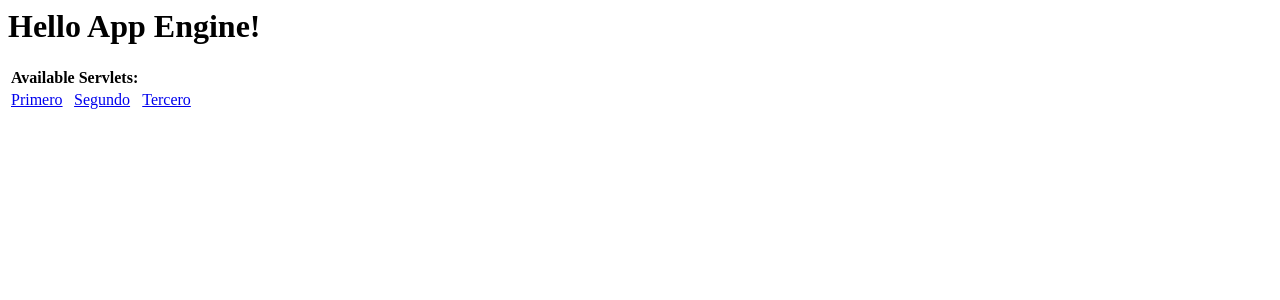
Repository: quino22/ulasalle
Page: lab02-70391273/war/index.html
An editor plug-in stored every save of this project. The page is shown before and after the next save, followed by the edit.
The browser window is 1280 px wide. The pictures show the whole page.

Above is the page before, as saved 2016-10-31 21:37:23.

After the next save:
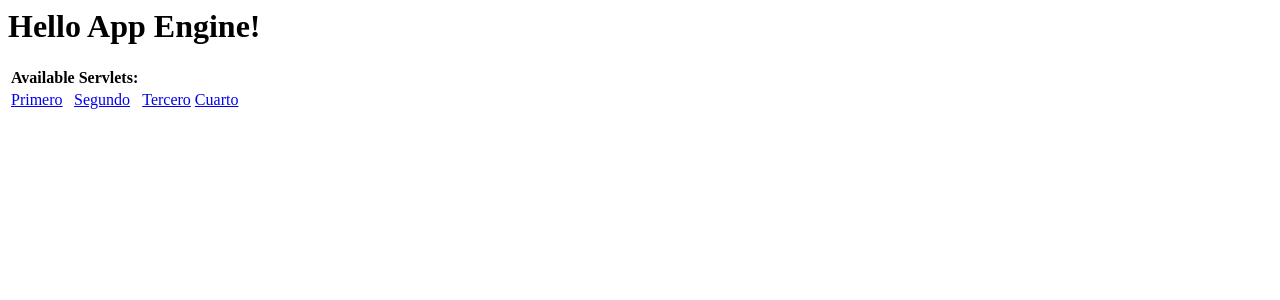
Saved 15 min 25 s later.
--- a/lab02-70391273/war/index.html
+++ b/lab02-70391273/war/index.html
@@ -23,6 +23,7 @@
         <td><a href="primero.html">Primero</a></td>
         <td><a href="segundo.html">Segundo</a></td>
         <td><a href="tercero.html">Tercero</a></td>
+        <td><a href="cuarto">Cuarto</a></td>
 
       </tr>
     </table>
